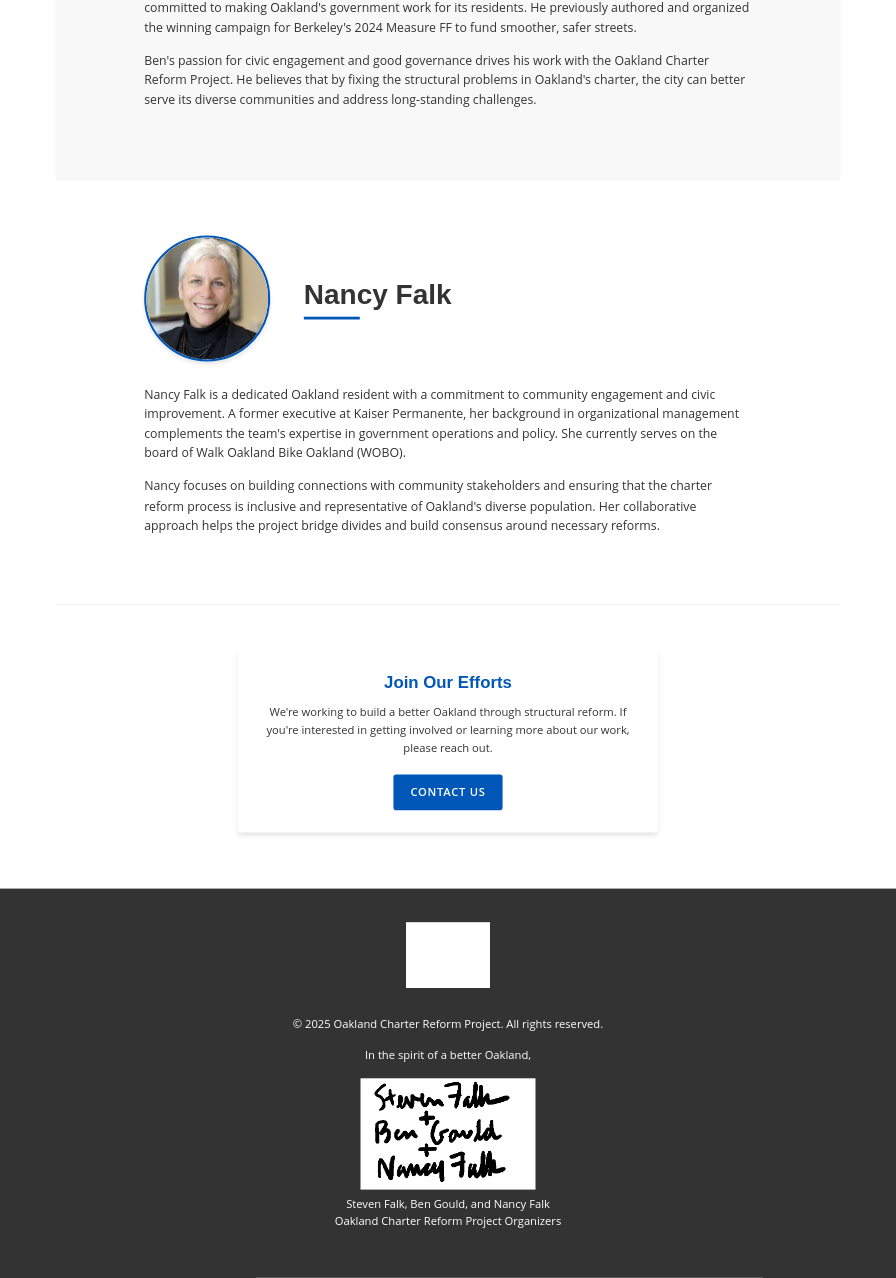
Repository: bgould132/oaklandcharterreform
Page: about.html
An editor plug-in stored every save of this project. The page is shown before and after the next save, followed by the edit.
The browser window is 1280 px wide. The pictures show the part of the page from y = 1378 to 3298 px (the page is 3204 px tall before and 3298 px after), at 70% of full size.

Above is the page before, as saved 2025-04-08 10:49:08.

After the next save:
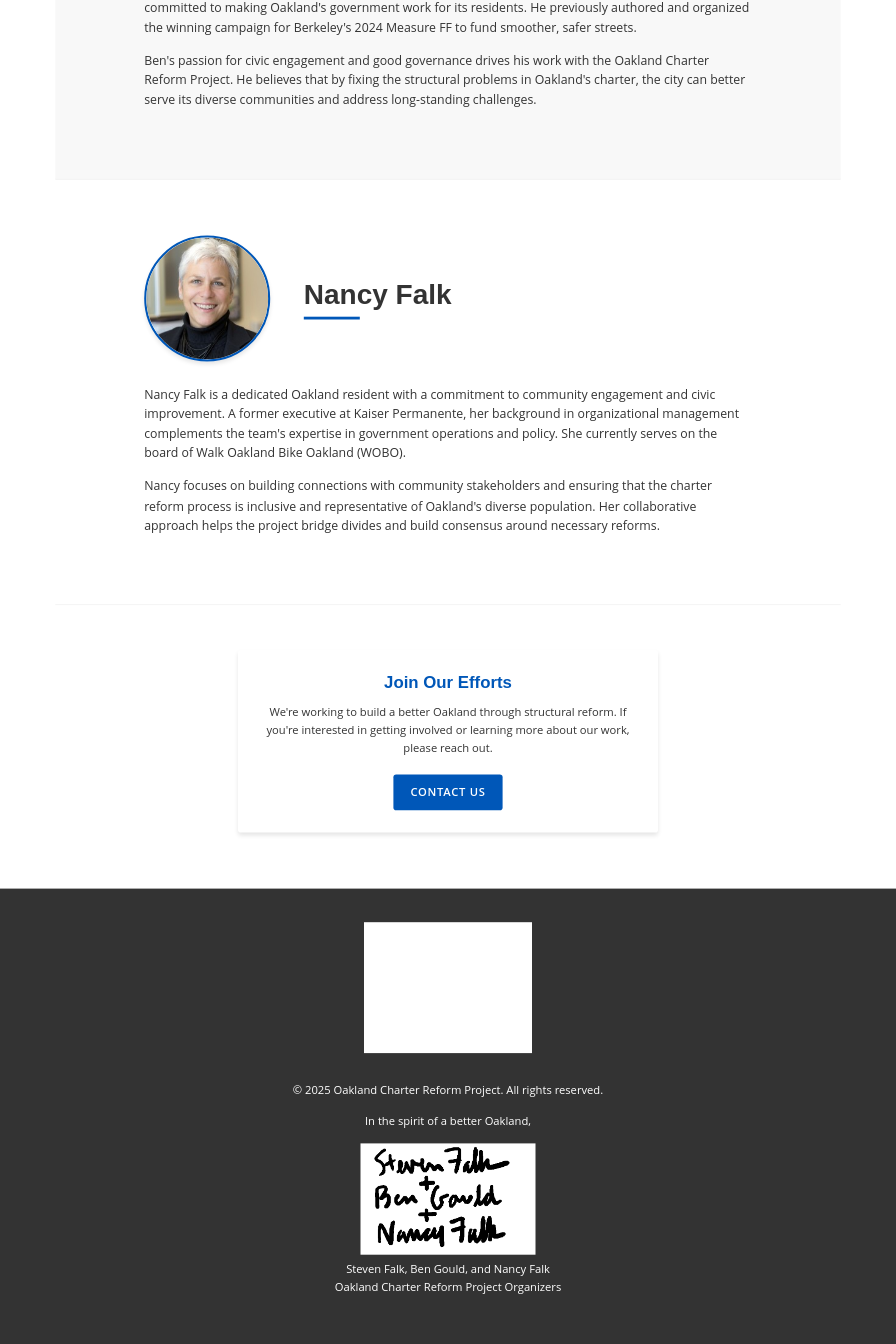
Saved 3 min 55 s later.
--- a/about.html
+++ b/about.html
@@ -117,7 +117,7 @@
         <div class="container">
             <div class="footer-content">
                 <div class="footer-logo">
-                    <img src="images/logo/OCRP logo design.jpg" alt="Oakland Charter Reform Project Logo" width="120">
+                    <img src="images/logo/OCRP logo design.jpg" alt="Oakland Charter Reform Project Logo" width="240">
                 </div>
                 <div class="footer-text">
                     <p>&copy; 2025 Oakland Charter Reform Project. All rights reserved.</p>
